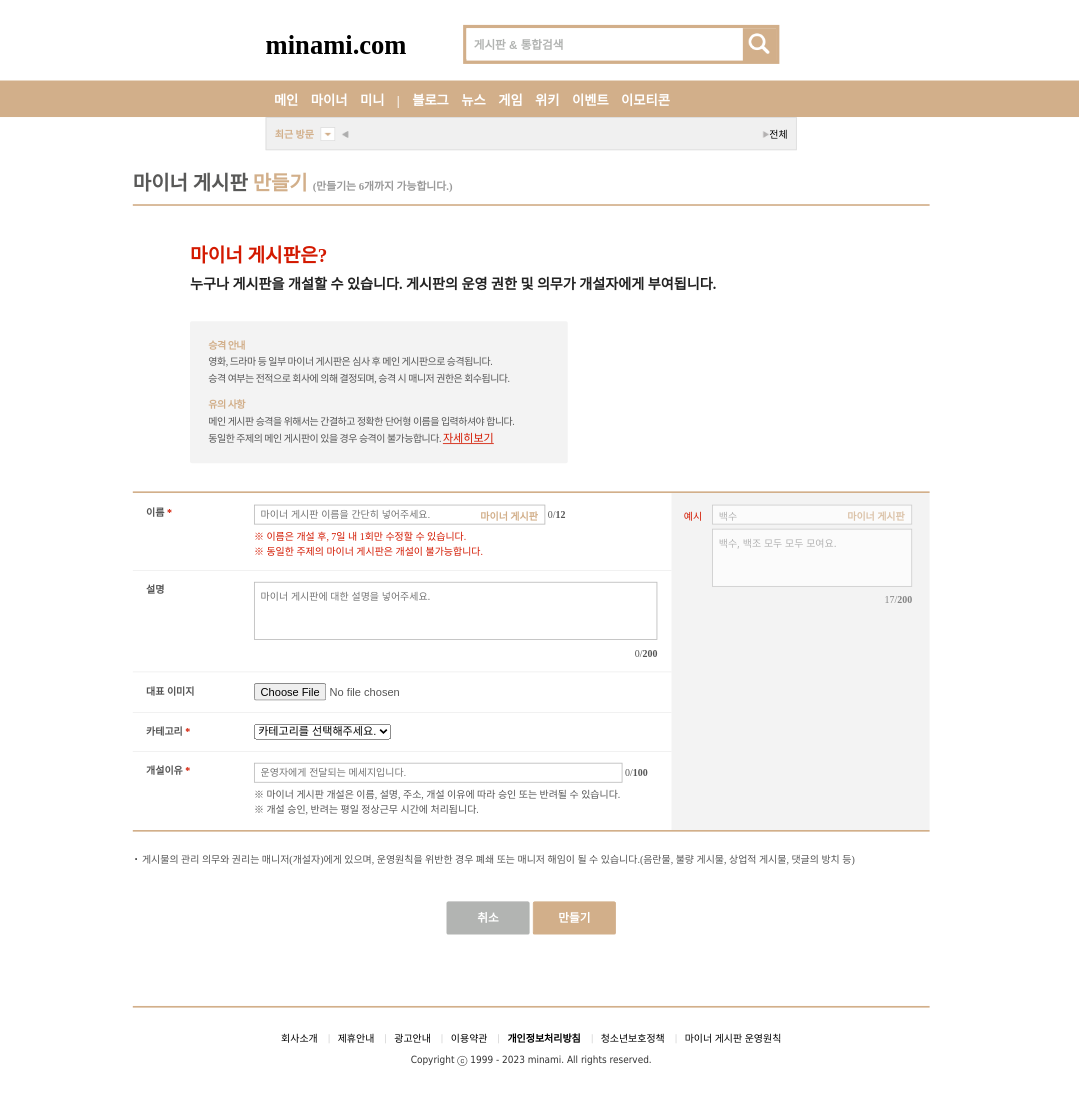
Repository: Minami0717/JSP_Study
Page: http://localhost/JSP_Gall/jsp/createMinorForm.jsp
These files come from the project's save history. The page is drawn as it stood at one moment and after the next save; the edit follows.
The browser window is 1280 px wide. The page is 1300 px wide, so the pictures cover 1300 px, including what lies to the right of the window. The pictures show the whole page, at 83% of full size.
The page is served by Tomcat 9. Queries for data that is not in the repository find no rows.

Above is the page before, as saved 2023-02-14 01:16:41.

After the next save:
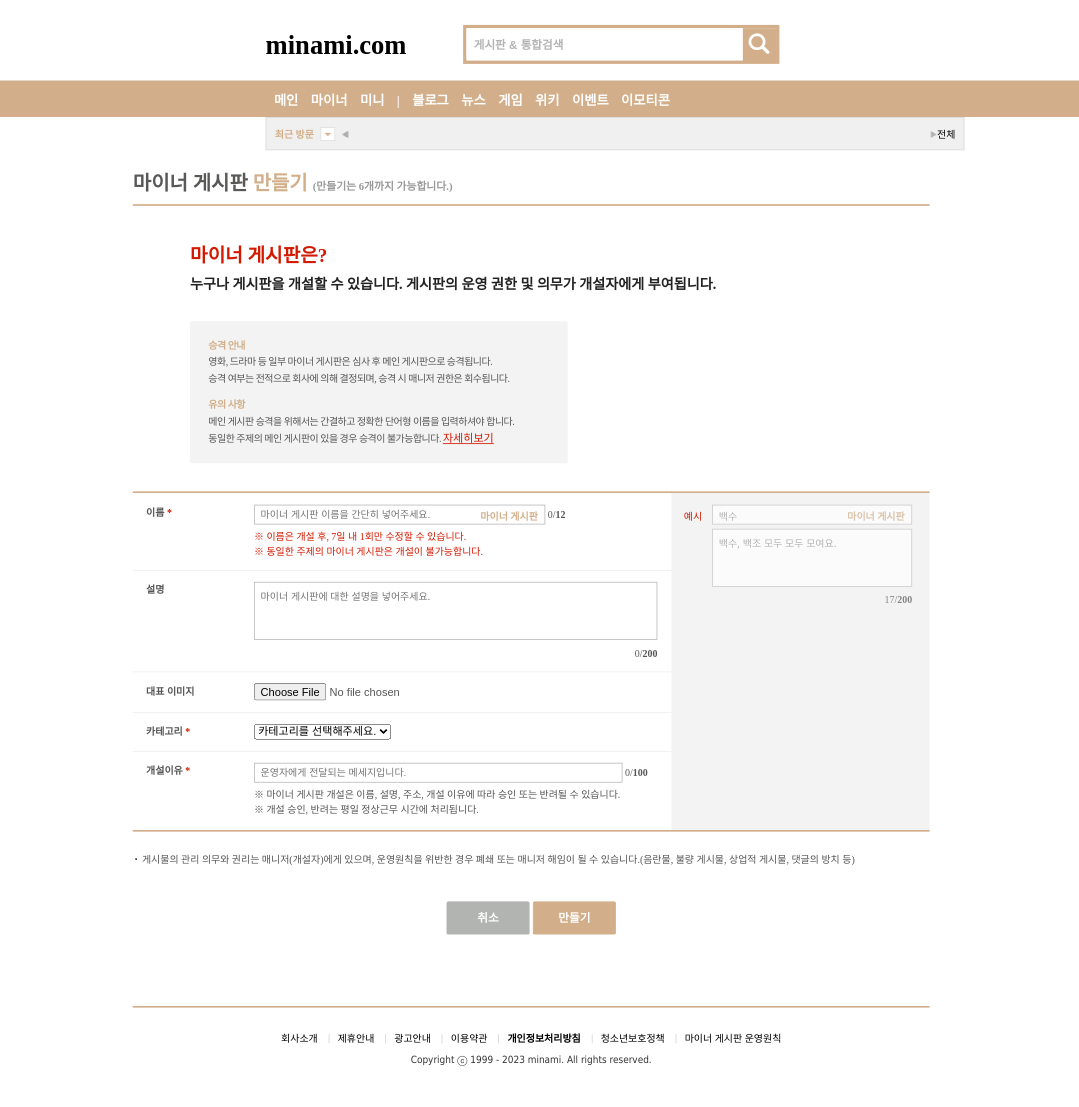
Saved 2 min 30 s later.
--- a/JSP_Gall/src/main/webapp/jsp/header.jsp
+++ b/JSP_Gall/src/main/webapp/jsp/header.jsp
@@ -63,7 +63,7 @@
 	#save button img {width: 36px; bottom: 1px; left: 85px;}
 	#save > img {width: 15px; right: 10px; cursor: pointer;}
 
-	#visit {margin-left: 25%; margin-right: 25%; border: 1px solid gainsboro; padding: 10px; font-size: 12px; color: #d2af8a; font-weight: bold; background-color: rgb(240, 240, 240);}
+	#visit {margin-left: 25%; width: 820px; border: 1px solid gainsboro; padding: 10px; font-size: 12px; color: #d2af8a; font-weight: bold; background-color: rgb(240, 240, 240);}
     #visit img {height: 8px; cursor: pointer;}
     #visit button {background-color: white; padding: 0 4px; border: 1px solid gainsboro; margin: 0 5px; cursor: pointer;}
     #visit li,#visit ul {display: inline;}
